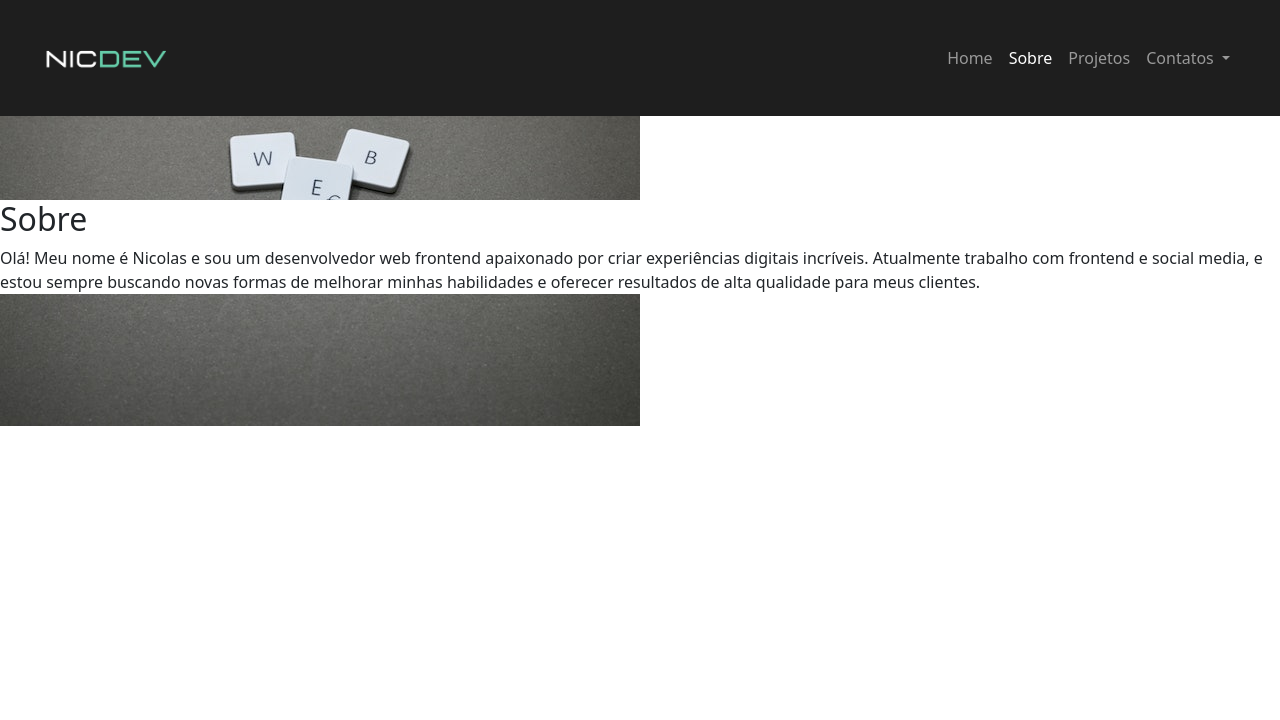
Repository: Leonngc/nicdev
Page: about.html
The author's editor kept a copy of each file at every save. The page is drawn from the files as they stood at one save, then again after a run of saves.
The browser window is 1280 px wide. The pictures show the whole page.

Above is the page before, as saved 2023-04-15 13:51:03.

### about.html
<html lang="pt-br">
<head>
    <meta charset="UTF-8">
    <meta http-equiv="X-UA-Compatible" content="IE=edge">
    <meta name="viewport" content="width=device-width, initial-scale=1.0">
    <title>nicdev - Sobre</title>
    <link href="https://cdn.jsdelivr.net/npm/bootstrap@5.0.2/dist/css/bootstrap.min.css" rel="stylesheet" integrity="sha384-EVSTQN3/azprG1Anm3QDgpJLIm9Nao0Yz1ztcQTwFspd3yD65VohhpuuCOmLASjC" crossorigin="anonymous">
    <link rel="stylesheet" href="styles/scrollbar.css">
    <link rel="stylesheet" href="styles/about.css">
</head>
<body>

<header style="background-color: #1e1e1e; padding: 30px;" class="fixed-top">

        <nav class="navbar navbar-expand-lg navbar-dark">
            <div class="container-fluid">
              <a class="navbar-brand" href="index.html"><img src="images/nicdev-logo.png" alt="logo da NicDev" style="width: 130px"></a>
              <button class="navbar-toggler" type="button" data-bs-toggle="collapse" data-bs-target="#navbarNavDropdown" aria-controls="navbarNavDropdown" aria-expanded="false" aria-label="Toggle navigation">
                <span class="navbar-toggler-icon"></span>
              </button>
              <div class="collapse navbar-collapse justify-content-end" id="navbarNavDropdown">
                <ul class="navbar-nav ">
                  <li class="nav-item">
                    <a class="nav-link" href="index.html" target="_parent">Home</a>
                  </li>
                  <li class="nav-item">
                    <a class="nav-link active disabled" href="#">Sobre</a>
                  </li>
                  <li class="nav-item">
                    <a class="nav-link" href="projects.html" target="_parent">Projetos</a>
                  </li>

                  <li class="nav-item dropdown">
                    <a class="nav-link dropdown-toggle" href="#" id="navbarDropdownMenuLink" role="button" data-bs-toggle="dropdown" aria-expanded="false">
                      Contatos
                    </a>
                    <ul class="dropdown-menu" aria-labelledby="navbarDropdownMenuLink">
                      <li><a class="dropdown-item" href="#">WhatsApp <img src="images/whatsapp.png" alt="" class="redes-logo"></a></li>
                      <li><a class="dropdown-item" href="#">Email <img src="images/gmail (1).png" alt="" class="redes-logo"></a></li>
                      <li><a class="dropdown-item" href="#">Linkedin <img src="images/linkedin.png" alt="" class="redes-logo"></a></li>
                    </ul>
                  </li>
                </ul>
              </div>
            </div>
          </nav>
</header>



<main>

<h2>Sobre</h2>
<p>Olá! Meu nome é Nicolas e sou um desenvolvedor web frontend apaixonado por criar experiências digitais incríveis. Atualmente trabalho com frontend e social media, e estou sempre buscando novas formas de melhorar minhas habilidades e oferecer resultados de alta qualidade para meus clientes.</p>

</main>

    <script src="https://cdn.jsdelivr.net/npm/bootstrap@5.0.2/dist/js/bootstrap.bundle.min.js" integrity="sha384-MrcW6ZMFYlzcLA8Nl+NtUVF0sA7MsXsP1UyJoMp4YLEuNSfAP+JcXn/tWtIaxVXM" crossorigin="anonymous"></script>
</body>
</html>

### styles/scrollbar.css
body{
    overflow-x: hidden;
}
body::-webkit-scrollbar {
    width: 6px;               /* width of the entire scrollbar */
  }

  body::-webkit-scrollbar-track {
    background: rgb(5, 5, 5);        /* color of the tracking area */
  }

  body::-webkit-scrollbar-thumb {
    background-color: #4BC6B9;    /* color of the scroll thumb */
    border-radius: 20px;       /* roundness of the scroll thumb */
  }

  .redes-logo{
    width: 30px;
    padding: 6px;
  }

### styles/about.css
@import url('https://fonts.googleapis.com/css2?family=Bebas+Neue&display=swap'); /* CDN GOOGLE  FONT */
@import url('https://cdn-uicons.flaticon.com/uicons-solid-straight/css/uicons-solid-straight.css'); /* CDN ICON*/
@font-face {
    font-family: Lastica;
    src: url(../fonts/instrg.ttf)
}

*{
    max-width: 100vw;
}

:root{
 --bebas-neue : 'Bebas Neue', cursive;
}

main{
    margin-top: 200px;
    background-color: white;
}

body{
    max-width: 100vw;
    overflow-x: hidden;
    background-image: url(../images/pexels-miguel-á-padriñán-1591060.jpg);
    background-repeat: no-repeat;
    background-attachment: fixed;
    background
}

After the next 2 saves:
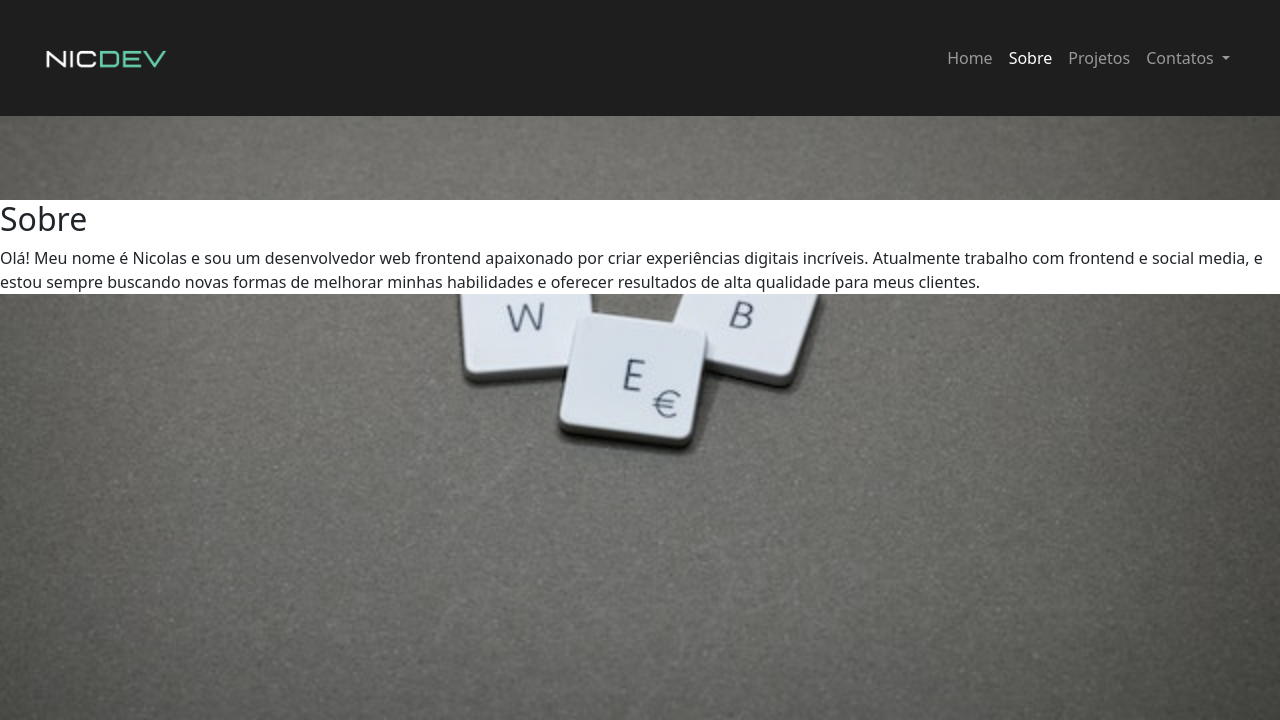
The 2 saves are shown as one change because they came seconds apart.
The last was saved 6 s later.
--- a/styles/about.css
+++ b/styles/about.css
@@ -24,5 +24,5 @@ body{
     background-image: url(../images/pexels-miguel-á-padriñán-1591060.jpg);
     background-repeat: no-repeat;
     background-attachment: fixed;
-    background
+    background-size: cover;
 }
